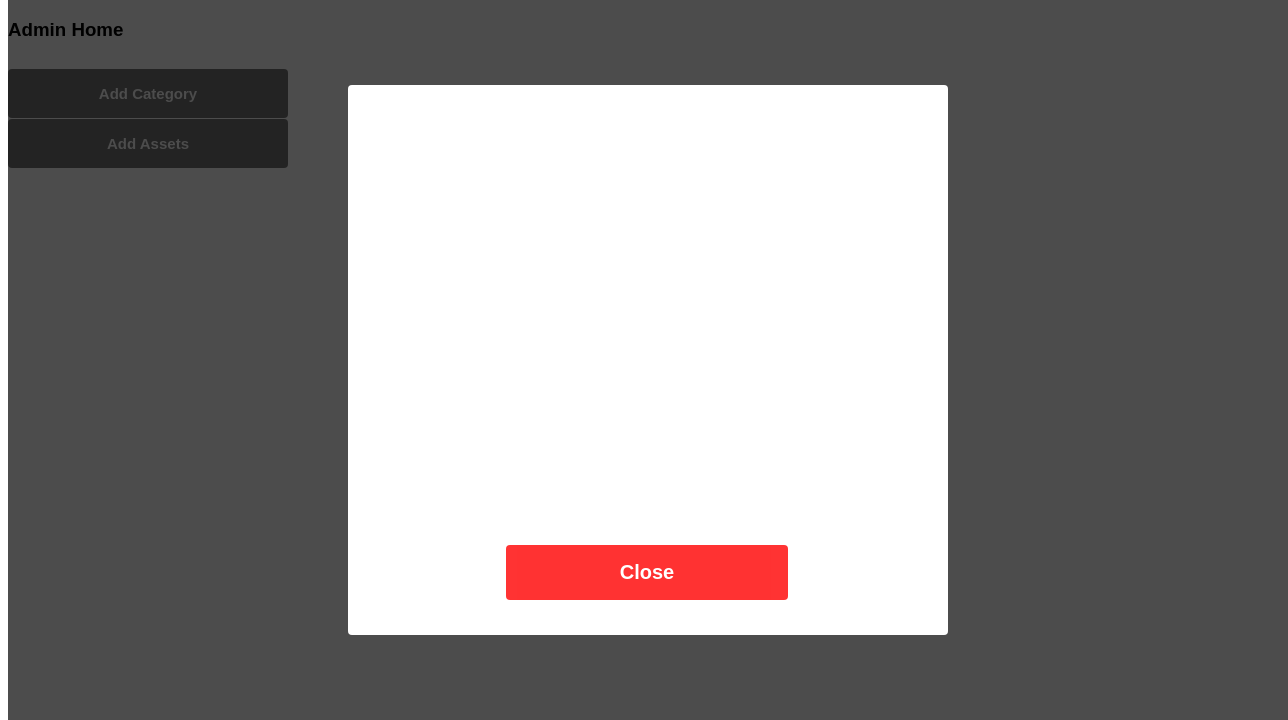
Repository: DhruvKaushal/CodeFury_404Found
Page: http://localhost/e-assets/assetadded.jsp
An editor plug-in stored every save of this project. The page is shown before and after the next save, followed by the edit.
The browser window is 1280 px wide. The page is 1288 px wide, so the pictures cover 1288 px, including what lies to the right of the window. The pictures show the whole page.
The page is served by Tomcat 9.

Above is the page before, as saved 2020-10-05 10:42:30.

After the next save:
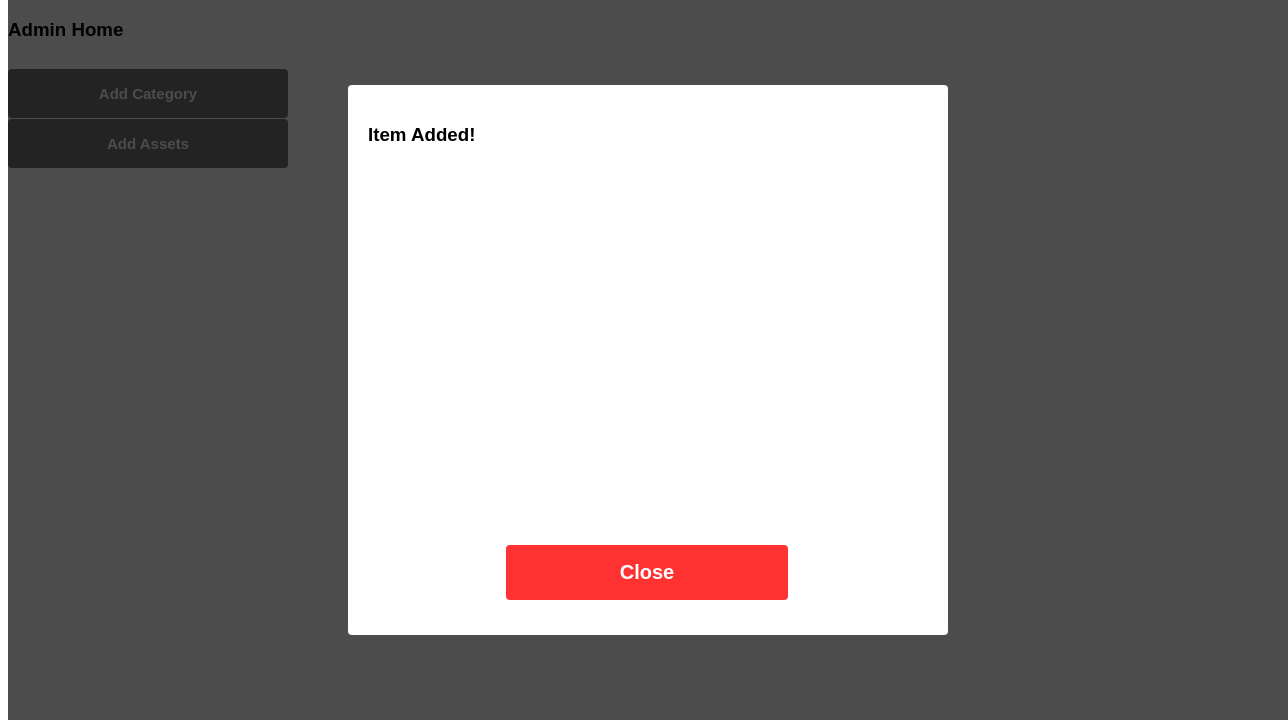
Saved 52 s later.
--- a/Aditya's New/E-Assets-Management/e-assets/WebContent/assetadded.jsp
+++ b/Aditya's New/E-Assets-Management/e-assets/WebContent/assetadded.jsp
@@ -18,7 +18,7 @@
         	<div class="modal-content">
 
 
-
+            <h3>Item Added!</h3>
 
 
 
